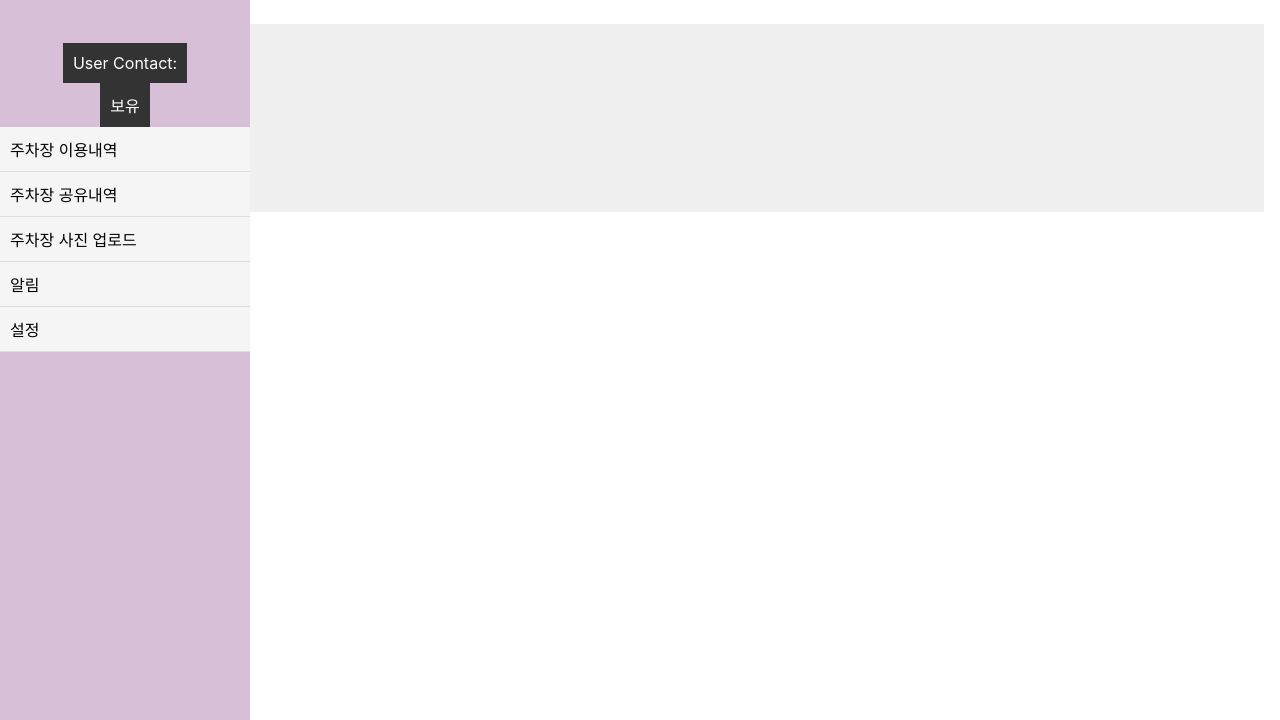
Repository: ohjjoa/reactTest
Page: /, after clicking the first element matching `img`
An editor plug-in stored every save of this project. The page is shown before and after the next save, followed by the edit.
The browser window is 1280 px wide. The pictures show the whole page.
The project was rebuilt for these pictures with package versions that can differ from the ones it lists, and the page was loaded fresh each time.

Above is the page before, as saved 2024-08-02 05:16:06.

After the next save:
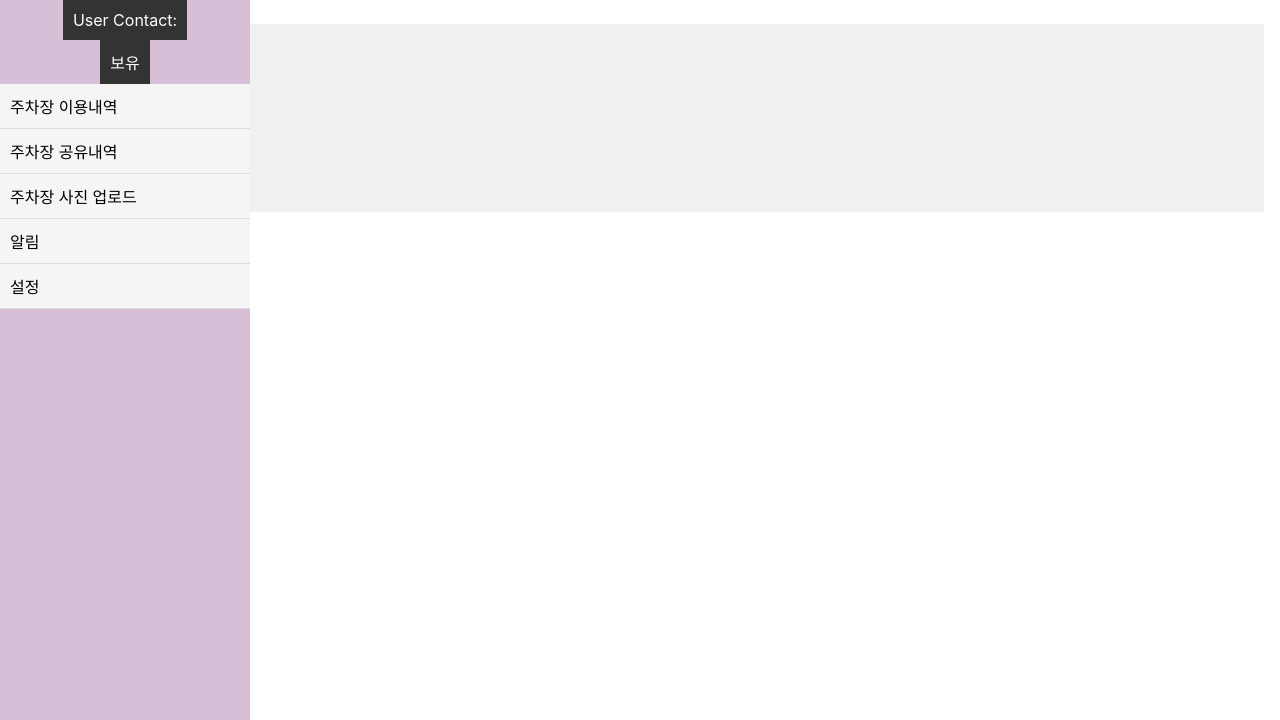
Saved 23 s later.
--- a/src/pages/Home/index.tsx
+++ b/src/pages/Home/index.tsx
@@ -95,7 +95,7 @@
             보유
           </div>
           <List
-            height={550} // 사이드바의 높이에서 연락처의 높이를 제외한 값
+            height={800} // 사이드바의 높이에서 연락처의 높이를 제외한 값
             itemCount={items.length} // 아이템 수
             itemSize={50} // 아이템의 높이
             width={250} // 사이드바의 너비

After the save that followed:
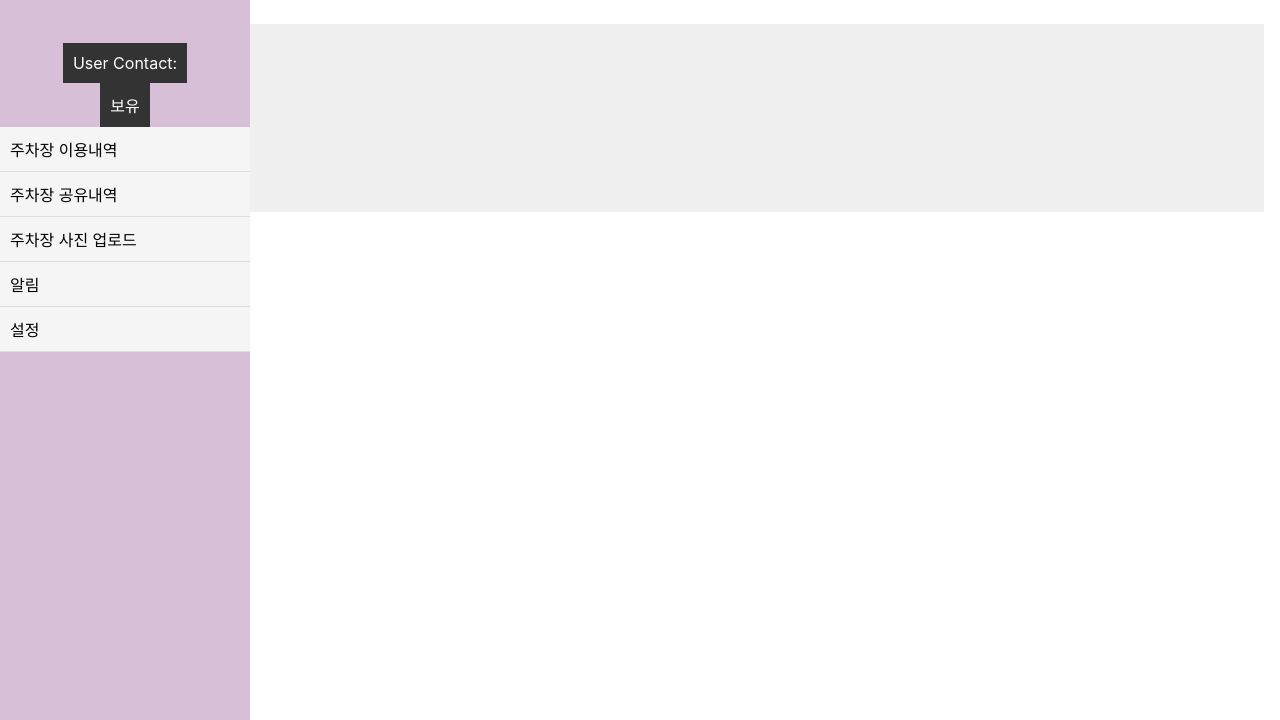
Saved 8 s later.
--- a/src/pages/Home/index.tsx
+++ b/src/pages/Home/index.tsx
@@ -95,7 +95,7 @@
             보유
           </div>
           <List
-            height={800} // 사이드바의 높이에서 연락처의 높이를 제외한 값
+            height={550} // 사이드바의 높이에서 연락처의 높이를 제외한 값
             itemCount={items.length} // 아이템 수
             itemSize={50} // 아이템의 높이
             width={250} // 사이드바의 너비
